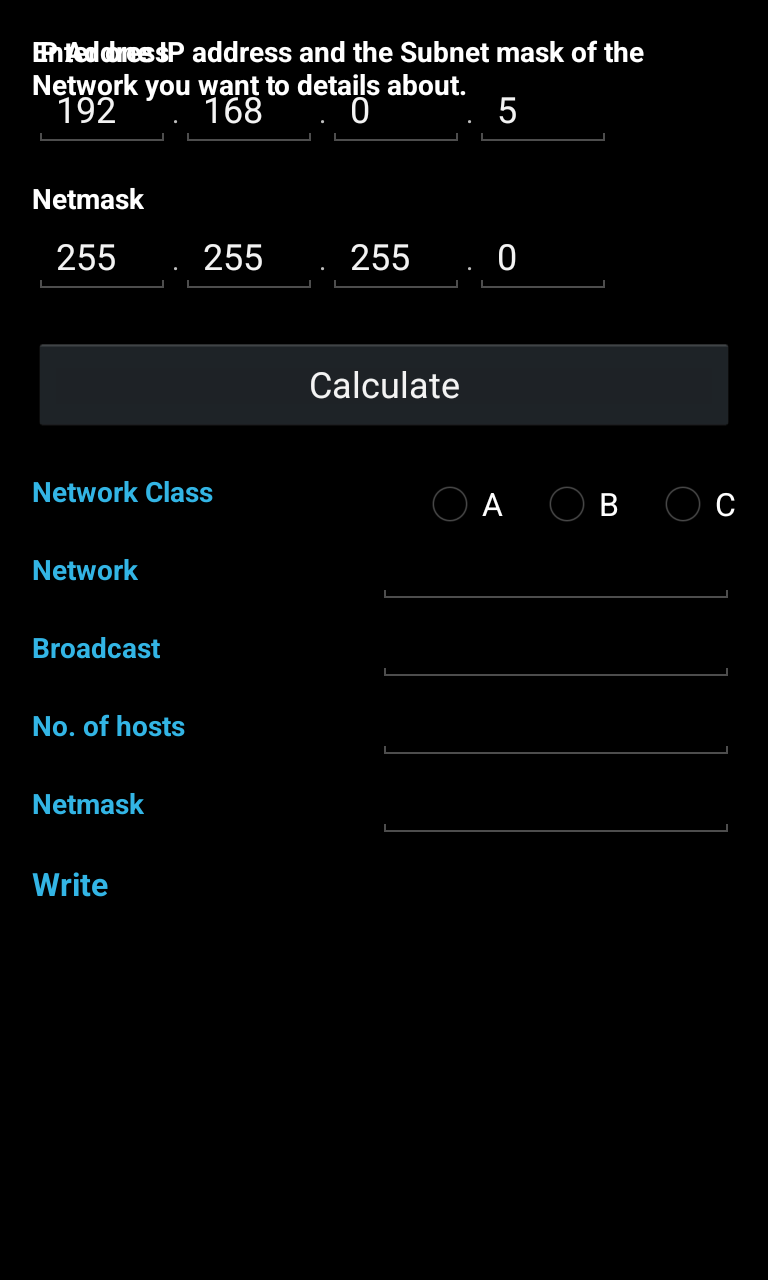
Repository: bighost/Simple-Subnetting
Layout: Android/SimpleSubnet/res/layout/activity_main.xml
These files come from the project's save history. The layout is drawn as it stood at one moment and after the next save; the edit follows.
It is drawn on a 768 x 1280 px phone screen (xhdpi) without system bars, with theme android:Theme.Holo; the app's code is not run.

Above is the layout before, as saved 2014-01-14 19:16:02.

After the next save:
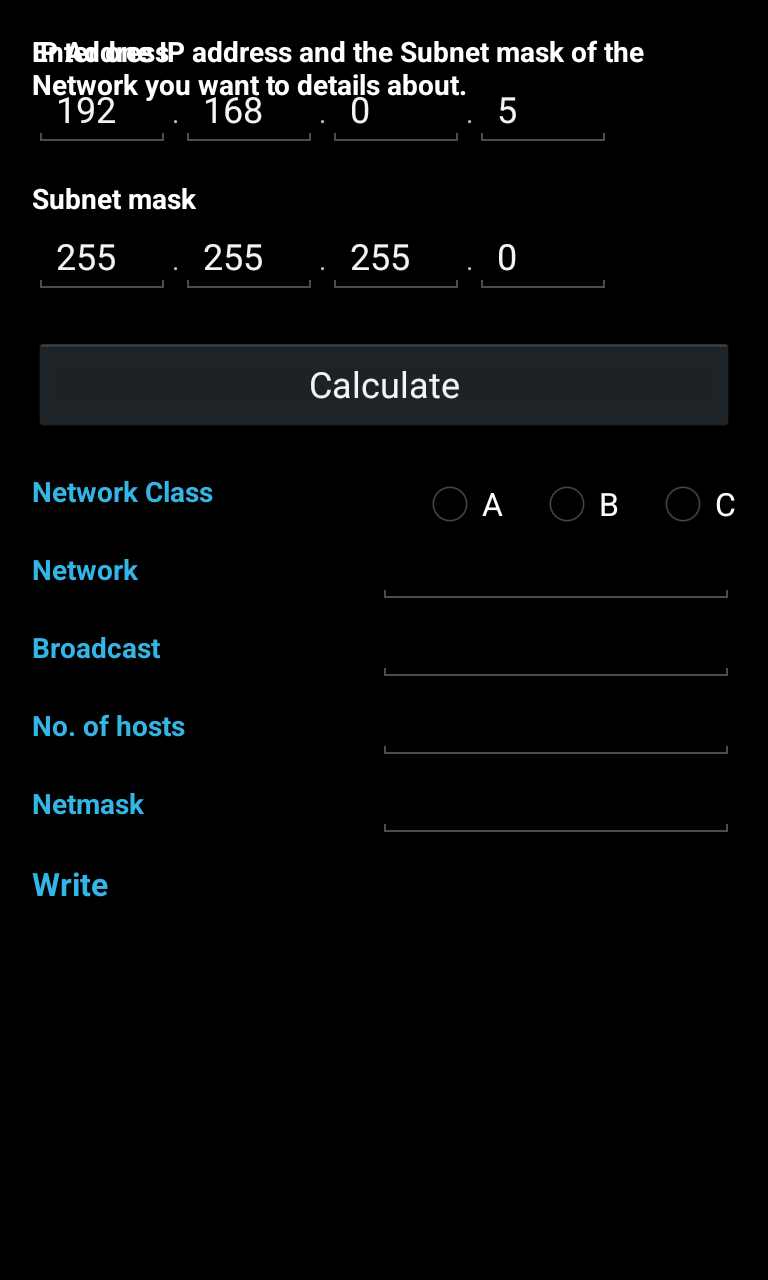
Saved 11 s later.
--- a/Android/SimpleSubnet/res/layout/activity_main.xml
+++ b/Android/SimpleSubnet/res/layout/activity_main.xml
@@ -118,7 +118,7 @@
 		        android:layout_height="wrap_content"
 		        android:layout_below="@+id/ip1"
 		        android:layout_marginTop="@dimen/spacing_small"
-		        android:text="Netmask"
+		        android:text="Subnet mask"
 		        android:textAppearance="?android:attr/textAppearanceSmall"
 		        android:textColor="@color/white"
 		        android:textStyle="bold"
